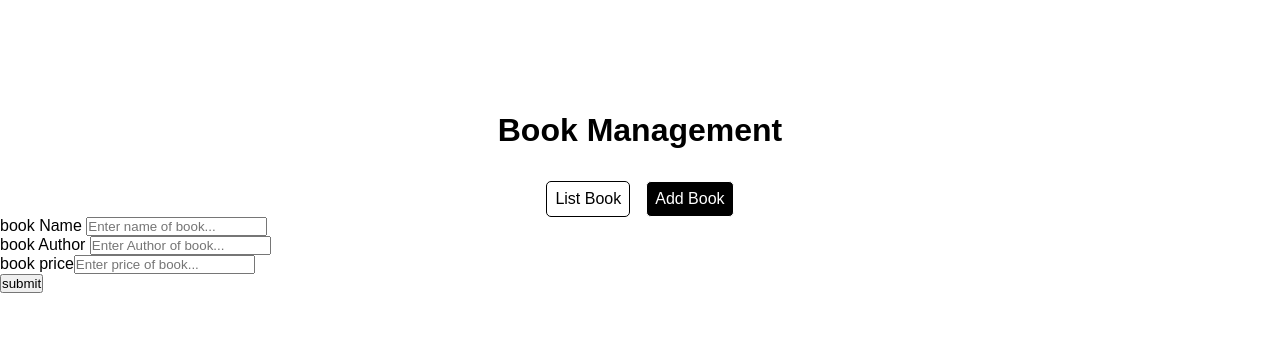
Repository: wakoya-tech/e-library-app1
Page: /add
An editor plug-in stored every save of this project. The page is shown before and after the next save, followed by the edit.
The browser window is 1280 px wide. The pictures show the whole page.
The project was rebuilt for these pictures with package versions that can differ from the ones it lists, and the page was loaded fresh each time. Also part of the build but not shown: vite.config.js, src/components/ListBook.jsx.

Above is the page before, as saved 2025-10-11 23:01:50.

### src/main.jsx
import React from 'react'
import ReactDOM from 'react-dom/client'
import { BrowserRouter } from 'react-router-dom'
import App from './App'
ReactDOM.createRoot(document.getElementById('root')).render(
  <React.StrictMode>
    <BrowserRouter>
    <App />
    </BrowserRouter>

  </React.StrictMode>,
)

### src/App.jsx
import './App.css';
import Header from './components/Header.jsx';
import { Routes, Route } from "react-router-dom";
import ListBook from './components/ListBook.jsx';
import AddBook from './components/AddBook.jsx';

function App() {
  return (
    <div className="App">
      <Header />
    <Routes>
     < Route path='/' element={<ListBook/>}/>
     < Route path='/add' element={<AddBook/>}/>
    </Routes>
    </div>
  );
}

export default App;

### src/App.css
*{
  margin: 0;
  padding: 0;
  box-sizing: border-box;
}
body{
  font-family: Arial, Helvetica, sans-serif;
}
.container{
  max-width: 40rem;

  margin: 7rem auto 0;
}
header{
  text-align: center;

}
header nav{
  margin-top: 2rem;
  display: flex;
  justify-content: center;
  gap: 1rem;
}
header nav > a {
  text-decoration: none;
  border: 1px solid;
  padding: 0.5rem;
  border-radius: 5px;
  color: black;
}
header nav > .active{
  background: black;
  color: white;
}

### src/components/Header.jsx
import React from "react"
import { NavLink } from "react-router-dom"
import { BrowserRouter as Router, Routes, Route } from 'react-router-dom';
function Header(){
    const navigation =[
        {path:'/',name:'List Book'},
        { path:'/add', name:'Add Book'}
    ]
    return(<div className="container">
<header>
    <h1>Book Management</h1>
    <nav>
       {navigation.map(nav=>(
        <NavLink
       key={nav.name}
        to={nav.path}>
{nav.name}
        </NavLink>
       ))}
         </nav>
</header>
    </div>)
}
export default Header

### src/components/AddBook.jsx
import BookForm from "../form/BookForm.jsx"
const AddBook = () =>{
    const handleOnSubmit=()=>{
        console.log("Add new book");
    }
    return(
        <div className="addForm">
            <BookForm handleSubmit={handleOnSubmit}/>
        </div>

    )
}
export default AddBook

### src/form/BookForm.jsx


const  BookForm=({handleSubmit})=> {
const onSubmit=(e)=>{
    e.preventDefault();
    handleSubmit();
}
    const renderInputField = (label,placeholder,name)=>(
        <div className="inputField">

       <label>{label}</label>
            <input name={name} type="text" placeholder={placeholder} />
        </div>
    )
  return (
<form onSubmit={onSubmit} className="form">

{renderInputField('book Name ','Enter name of book...','name')}
{renderInputField('book Author ','Enter Author of book...','author')}
{renderInputField('book price' ,'Enter price of book...','price')}
<button type="submit"className="btnForm">submit</button>
</form>
  )
}

export default BookForm

Loaded but not shown: index.html (common file)

After the next save:
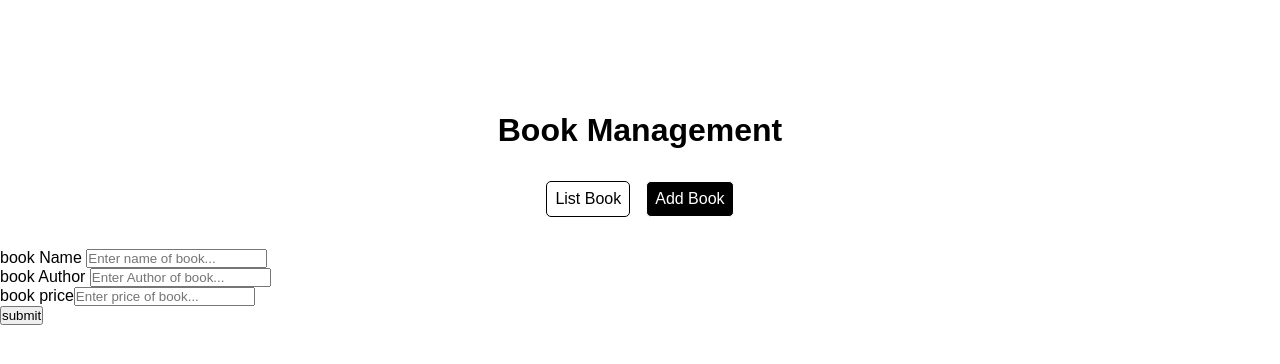
Saved 57 s later.
--- a/src/App.css
+++ b/src/App.css
@@ -32,3 +32,6 @@ header nav > .active{
   background: black;
   color: white;
 }
+.form{
+  margin: 2rem auto;
+}
